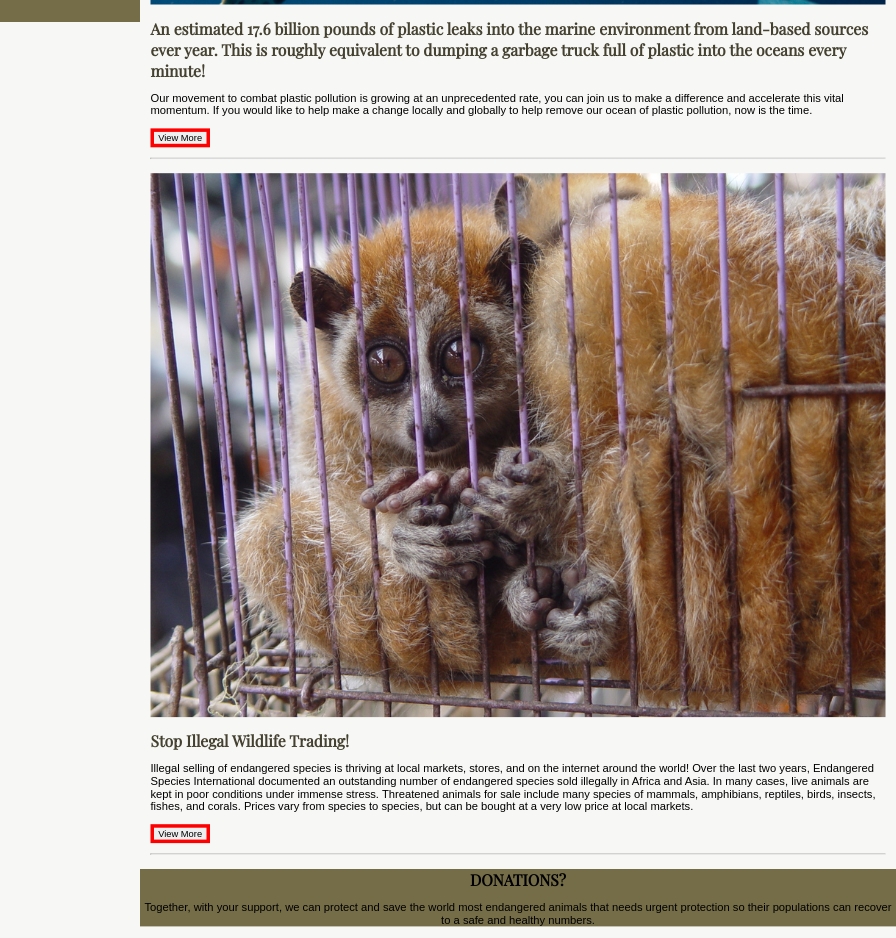
Repository: jlsorgel/smc_WD2_spring20
Page: final/blog.html
The author's editor kept a copy of each file at every save. The page is drawn from the files as they stood at one save, then again after the next save.
The browser window is 1280 px wide. The pictures show the part of the page from y = 708 to 2628 px (the page is 2048 px tall before and 2628 px after), at 70% of full size.
Some web fonts or font styles are not loaded; a fallback is used. Some web libraries are served in a nearby version.

Above is the page before, as saved 2020-06-14 21:39:23.

After the next save:
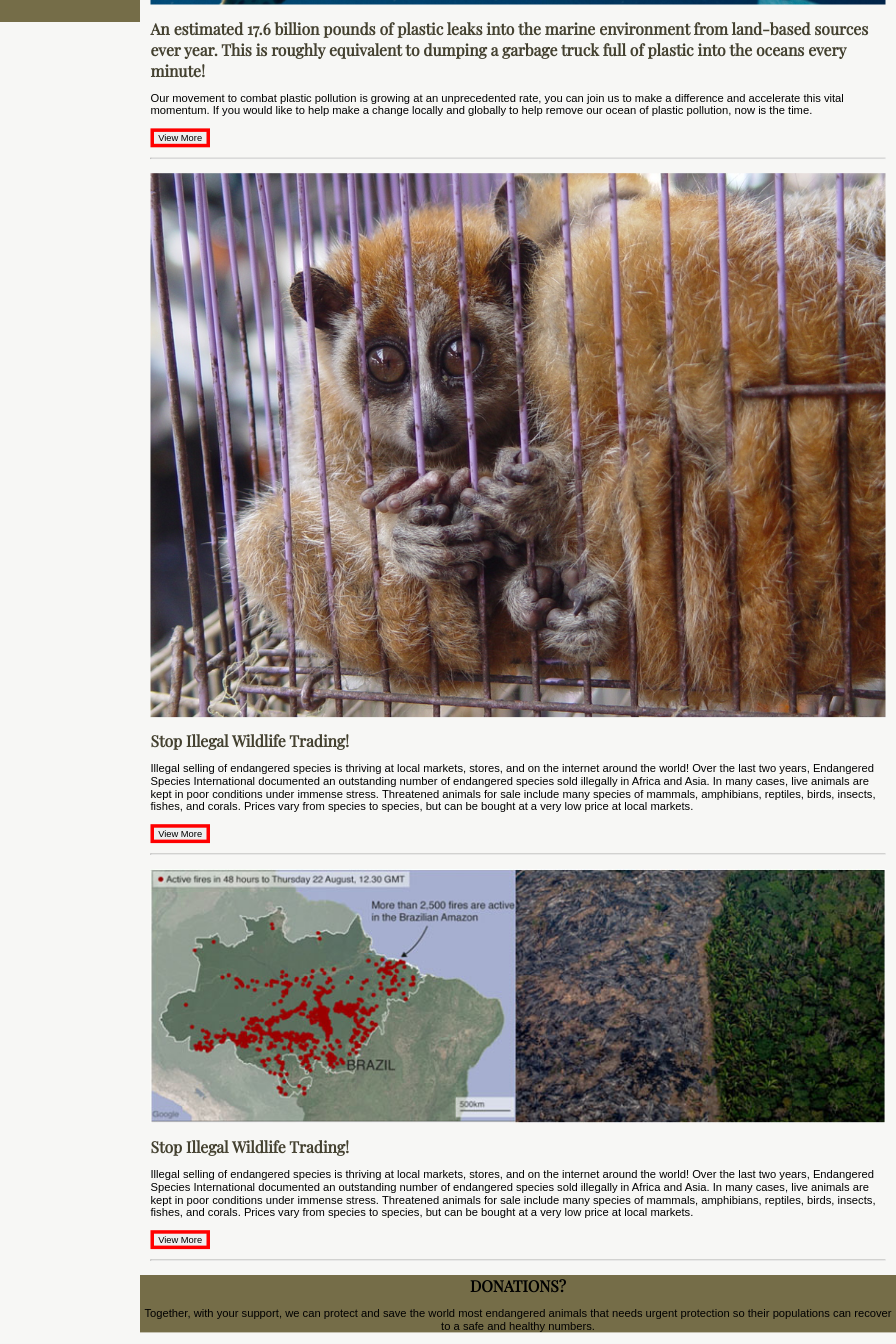
Saved 3 min 2 s later.
--- a/final/blog.html
+++ b/final/blog.html
@@ -188,6 +188,69 @@
 
 
 
+      <!-- BLOG POST 3! Rainforest-->
+
+      <img class="blog-heroimage" src="images/forestfires.jpg" alt="Rainforest">
+
+      <h1>Stop Illegal Wildlife Trading! </h1>
+
+      <p class="">Illegal selling of endangered species is thriving at local markets, stores, and on the internet around
+        the
+        world! Over
+        the last two years, Endangered Species International documented an outstanding number of endangered species
+        sold
+        illegally in Africa and Asia. In many cases, live animals are kept in poor conditions under immense stress.
+        Threatened
+        animals for sale include many species of mammals, amphibians, reptiles, birds, insects, fishes, and corals.
+        Prices vary
+        from species to species, but can be bought at a very low price at local markets.
+      </p>
+
+
+
+
+      <div class="toggle-content2">
+
+        <p>For example in Asia, a juvenile endangered green sea turtle is sold as a pet for 50 U.S. dollars; in Africa,
+          the hand of
+          an endangered western gorilla is sold for 6 dollars; and in south America, a rare endemic butterfly is sold
+          for 3
+          dollars. Despite international laws, animal body parts of protected species are traded around the world. For
+          examples,
+          body parts of hawksbill turtle shells, shahtoosh shawls from the Tibetan antelope, and furs from rare otters
+          in south
+          east Asia are found in both black and open markets. Of the estimated 350 million animals and plants being
+          traded
+          worldwide every year, it is believed that 25% is carried out illegally!
+        </p>
+
+        <p>
+          Increased use of traditional medicine has also spread drastically the trade of rare species. For example, the
+          Asian
+          pangolin populations are rapidly declining due to poaching for use in traditional Chinese medicine. The
+          illegal animal
+          trade favors political corruption, transnational crime, including narcotics and trade in armaments.</p>
+        <p>
+          With your support, Endangered Species International works in many fronts to save endangered species from the
+          illegal
+          trade and let them live freely in their environment. We conduct patrols in remote areas (anti-poaching effort)
+          where
+          endangered species are illegally captured, increase awareness, find livelihood alternatives, and provide
+          stronger
+          enforcement tools!</p>
+        <p>
+          Join Endangered Species International to ban illegal trade of endangered animals and plants! They are not for
+          sale! </p>
+
+        <img class="blog-image" src="images/babyorangutan.jpg" alt="Baby Orangutan">
+      </div>
+      <button id="toggle2"> View More</button>
+      <hr>
+
+
+
+
+
 
 
 
